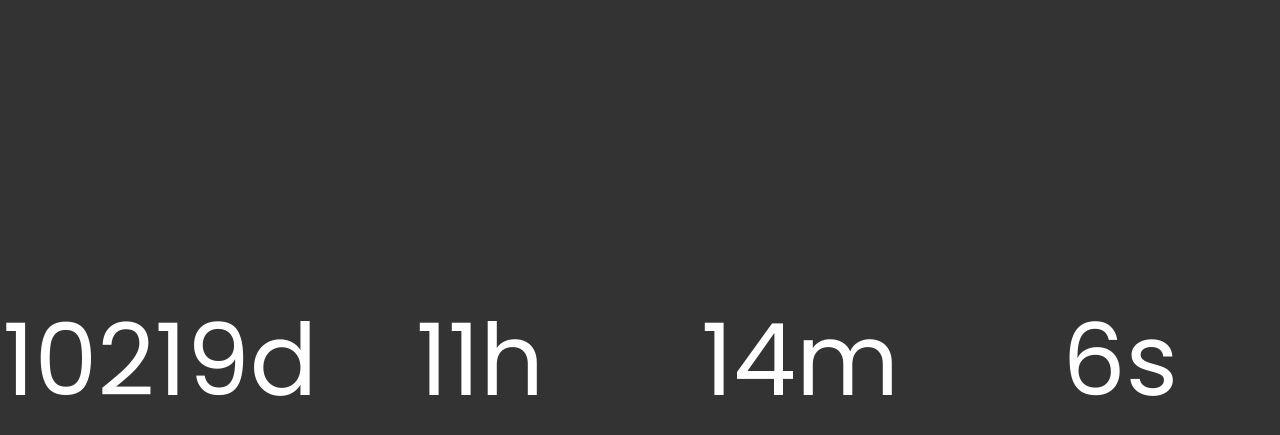
Repository: LeTanTru/All-Code
Page: Countdown/index.html
These files come from the project's save history. The page is drawn as it stood at one moment and after a run of saves; the edit follows.
The browser window is 1280 px wide. The pictures show the whole page.

Above is the page before, as saved 2023-01-10 13:21:25.

After the next 2 saves:
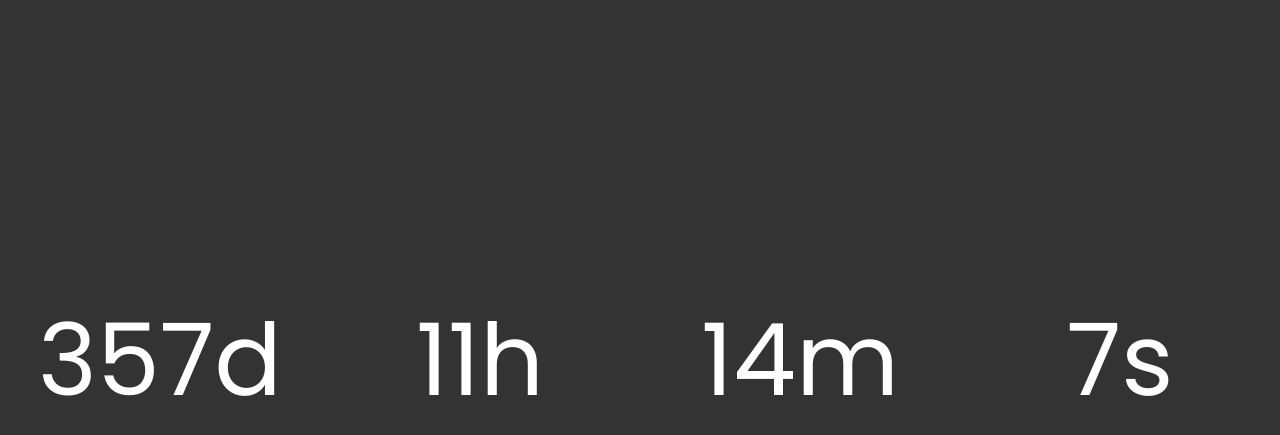
The 2 saves are shown as one change because they came seconds apart.
The last was saved 6 s later.
--- a/Countdown/countdown.js
+++ b/Countdown/countdown.js
@@ -21,7 +21,7 @@ secondsEle.innerText = seconds + "s";
 
 setInterval(() => {
   const date = new Date();
-  const dateEnd = new Date("12/22/2050");
+  const dateEnd = new Date("12/22/2023");
   const difference = dateEnd.getTime() - date.getTime();
   const days = Math.floor(difference / (1000 * 86400));
   const hours = Math.floor(difference / (1000 * 3600) - days * 24);
